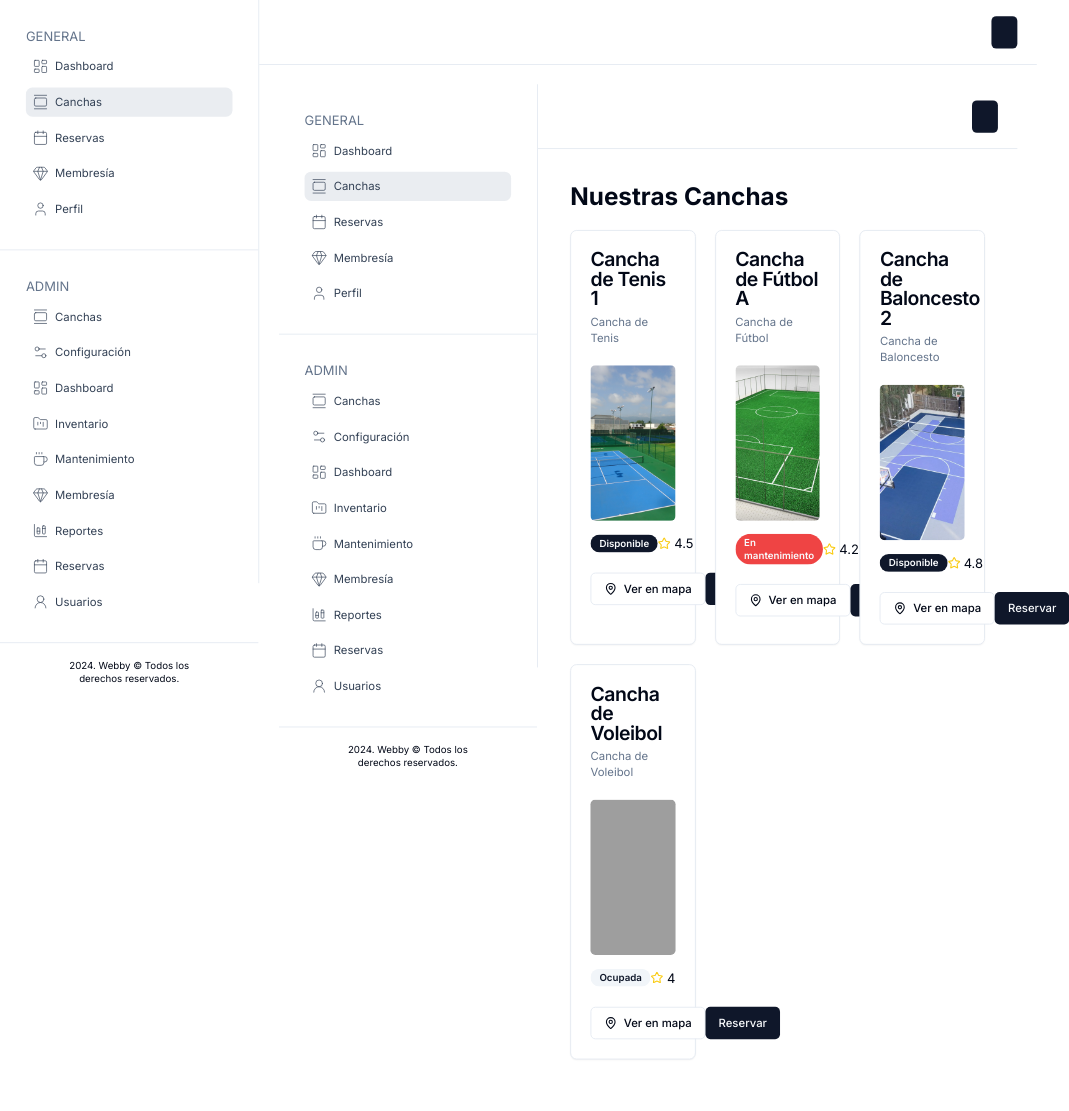
Repository: Jackson-sch/cdeporte
Page: /canchas
These files come from the project's save history. The page is drawn as it stood at one moment and after the next save; the edit follows.
The browser window is 1280 px wide. The page is 1320 px wide, so the pictures cover 1320 px, including what lies to the right of the window. The pictures show the whole page, at 81% of full size.
Pictures or frames that could not be fetched are drawn as grey boxes. The project was rebuilt for these pictures with package versions that can differ from the ones it lists, and the page was loaded fresh each time. The framework's server and built-in components were replaced by stand-ins that run in the browser. Also part of the build but not shown: next.config.mjs.

Above is the page before, as saved 2024-09-18 18:55:24.

After the next save:
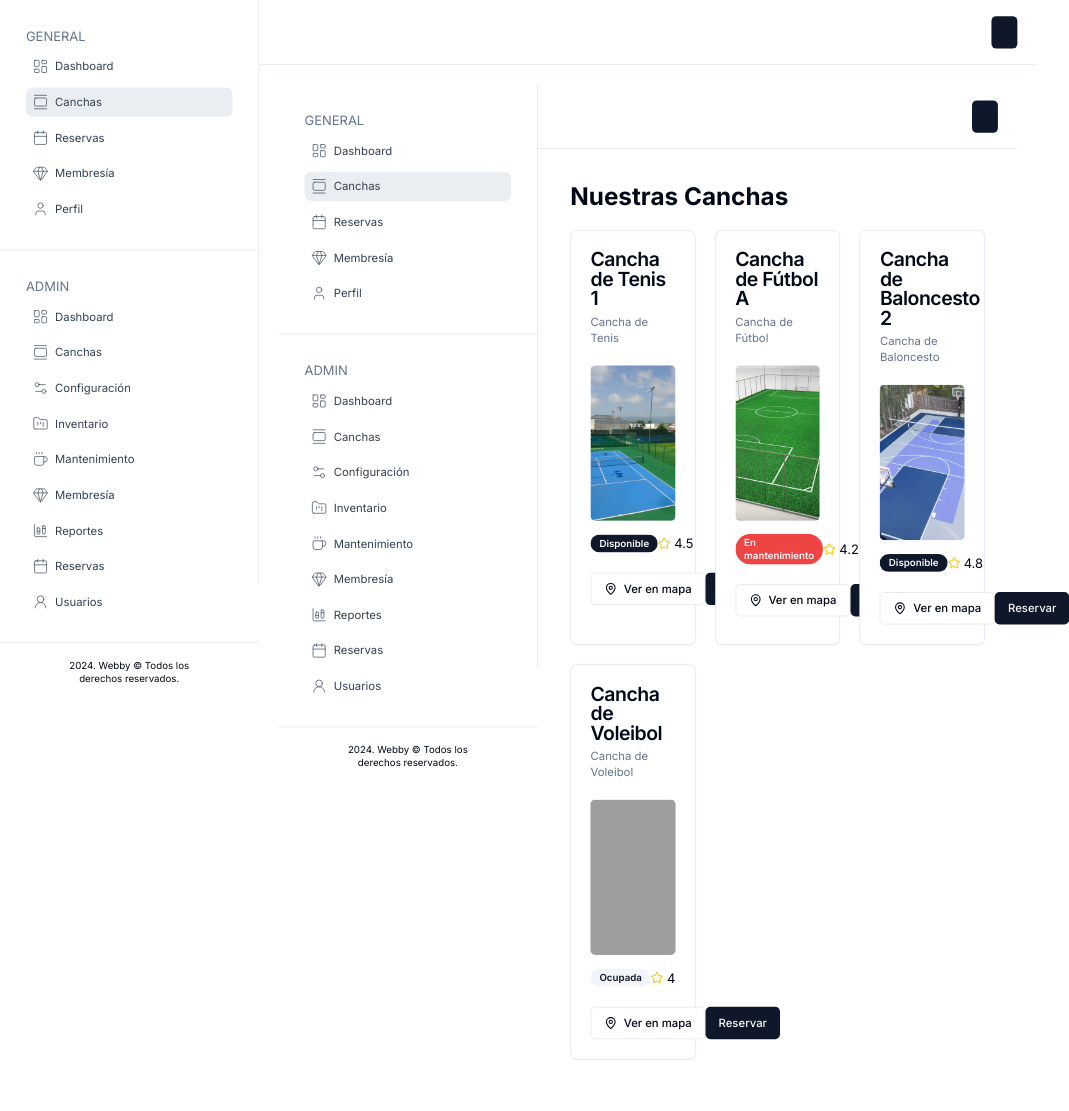
Saved 25 s later.
--- a/src/components/SidebarRoutes/SidebarRoute.data.jsx
+++ b/src/components/SidebarRoutes/SidebarRoute.data.jsx
@@ -41,6 +41,11 @@ export const dataGeneralSidebar = [
 
 export const dataAdminSidebar = [
   {
+    icon: LayoutDashboard,
+    label: "Dashboard",
+    href: "/admin/dashboard",
+  },
+  {
     icon: GalleryVertical,
     label: "Canchas",
     href: "/admin/canchas",
@@ -49,11 +54,6 @@ export const dataAdminSidebar = [
     icon: Settings2,
     label: "Configuración",
     href: "/admin/configuracion",
-  },
-  {
-    icon: LayoutDashboard,
-    label: "Dashboard",
-    href: "/admin/dashboard",
   },
   {
     icon: FolderKanban,
